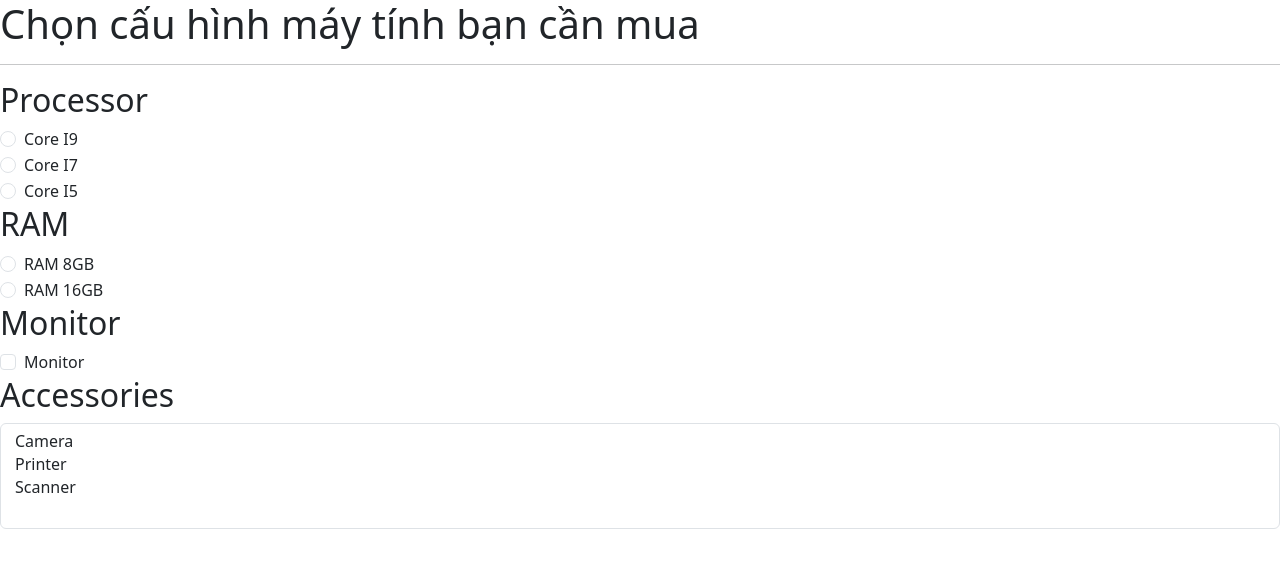
Repository: vnmk1/jsp_servlet-tutorials
Page: http://localhost/Bai7_BaiTapJSP/muaMayTinh.jsp
An editor plug-in stored every save of this project. The page is shown before and after the next save, followed by the edit.
The browser window is 1280 px wide. The pictures show the whole page.
The page is served by Tomcat 9.

Above is the page before, as saved 2023-07-19 08:45:14.

After the next save:
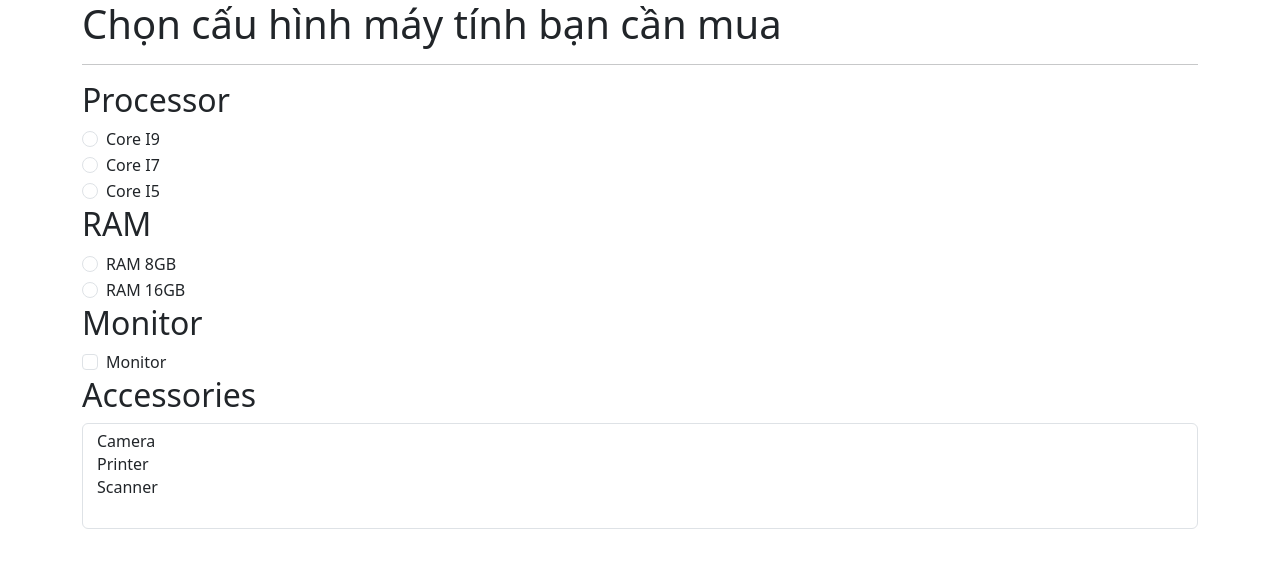
Saved 64 s later.
--- a/Bai7_BaiTapJSP/src/main/webapp/muaMayTinh.jsp
+++ b/Bai7_BaiTapJSP/src/main/webapp/muaMayTinh.jsp
@@ -20,51 +20,54 @@
 	crossorigin="anonymous"></script>
 </head>
 <body>
-	<h1>Chọn cấu hình máy tính bạn cần mua</h1>
-	<hr />
-	<form>
-		<h2>Processor</h2>
-		<div class="form-check">
-			<input class="form-check-input" type="radio" name="processor"
-				id="corei9" value="Core I9"> <label class="form-check-label"
-				for="corei9">Core I9</label>
-		</div>
-		<div class="form-check">
-			<input class="form-check-input" type="radio" name="processor"
-				id="corei7" value="Core I7"> <label class="form-check-label"
-				for="corei7"> Core I7</label>
-		</div>
-		<div class="form-check">
-			<input class="form-check-input" type="radio" name="processor"
-				id="corei5" value="Core I5"> <label class="form-check-label"
-				for="corei5"> Core I5</label>
-		</div>
+	<div class="container">
+		<h1>Chọn cấu hình máy tính bạn cần mua</h1>
+		<hr />
+		<form>
+			<h2>Processor</h2>
+			<div class="form-check">
+				<input class="form-check-input" type="radio" name="processor"
+					id="corei9" value="Core I9"> <label
+					class="form-check-label" for="corei9">Core I9</label>
+			</div>
+			<div class="form-check">
+				<input class="form-check-input" type="radio" name="processor"
+					id="corei7" value="Core I7"> <label
+					class="form-check-label" for="corei7"> Core I7</label>
+			</div>
+			<div class="form-check">
+				<input class="form-check-input" type="radio" name="processor"
+					id="corei5" value="Core I5"> <label
+					class="form-check-label" for="corei5"> Core I5</label>
+			</div>
 
-		<h2>RAM</h2>
-		<div class="form-check">
-			<input class="form-check-input" type="radio" name="ram" id="ram8g"
-				value="RAM 8GB"> <label class="form-check-label" for="ram8g">RAM
-				8GB</label>
-		</div>
-		<div class="form-check">
-			<input class="form-check-input" type="radio" name="ram" id="ram16g"
-				value="RAM 16GB"> <label class="form-check-label"
-				for="ram16g">RAM 16GB</label>
-		</div>
+			<h2>RAM</h2>
+			<div class="form-check">
+				<input class="form-check-input" type="radio" name="ram" id="ram8g"
+					value="RAM 8GB"> <label class="form-check-label"
+					for="ram8g">RAM 8GB</label>
+			</div>
+			<div class="form-check">
+				<input class="form-check-input" type="radio" name="ram" id="ram16g"
+					value="RAM 16GB"> <label class="form-check-label"
+					for="ram16g">RAM 16GB</label>
+			</div>
 
-		<h2>Monitor</h2>
-		<div class="form-check">
-			<input class="form-check-input" type="checkbox" value="Monitor"
-				id="monitor" name = "monitor"> <label class="form-check-label"
-				for="monitor"> Monitor </label>
-		</div>
+			<h2>Monitor</h2>
+			<div class="form-check">
+				<input class="form-check-input" type="checkbox" value="Monitor"
+					id="monitor" name="monitor"> <label
+					class="form-check-label" for="monitor"> Monitor </label>
+			</div>
 
-		<h2>Accessories</h2>
-		<select class="form-select" multiple aria-label="multiple select example" name = "accessories">
-			<option value="Camera">Camera</option>
-			<option value="Printer">Printer</option>
-			<option value="Scanner">Scanner</option>
-		</select>
-	</form>
+			<h2>Accessories</h2>
+			<select class="form-select" multiple
+				aria-label="multiple select example" name="accessories">
+				<option value="Camera">Camera</option>
+				<option value="Printer">Printer</option>
+				<option value="Scanner">Scanner</option>
+			</select>
+		</form>
+	</div>
 </body>
 </html>
